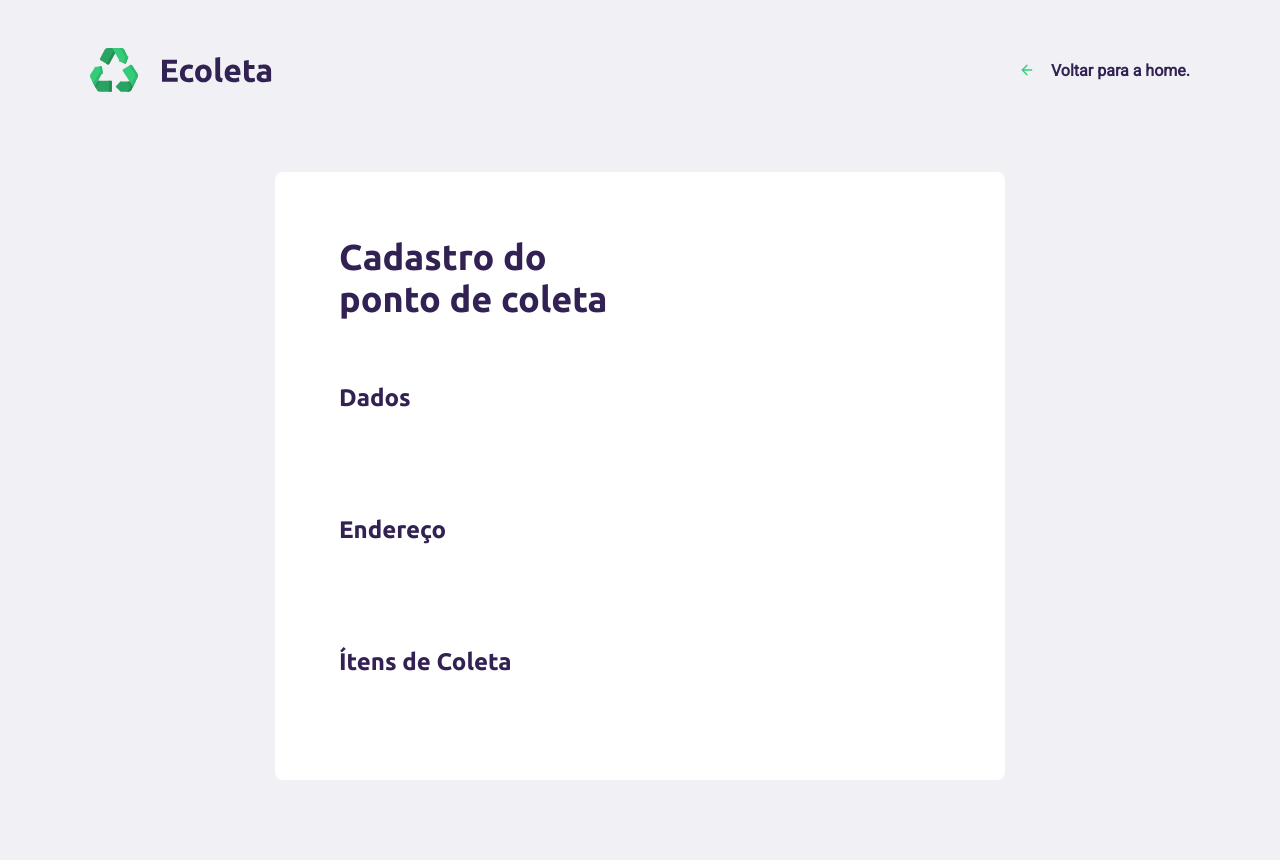
Repository: DavidSamerson/NLW_treinamento_2020
Page: /CreatePoint (app in webapp/)
These files come from the project's save history. The page is drawn as it stood at one moment and after the next save; the edit follows.
The browser window is 1280 px wide. The pictures show the whole page.
The project was rebuilt for these pictures with package versions that can differ from the ones it lists, and the page was loaded fresh each time. Also part of the build but not shown: webapp/src/pages/Home/styles.css, webapp/src/pages/Home/index.tsx.

Above is the page before, as saved 2020-06-16 15:17:38.

### webapp/public/index.html
<!DOCTYPE html>
<html lang="en">
  <head>
    <meta charset="utf-8" />
    <link rel="icon" href="%PUBLIC_URL%/favicon.ico" />
    <meta name="viewport" content="width=device-width, initial-scale=1" />
    <meta name="theme-color" content="#34CB79" />
    <link href="https://fonts.googleapis.com/css2?family=Roboto&family=Ubuntu:wght@700&display=swap" rel="stylesheet">
    <meta
      name="description"
      content="Web site created using create-react-app"
    />
    <link rel="apple-touch-icon" href="%PUBLIC_URL%/logo192.png" />
    <!--
      manifest.json provides metadata used when your web app is installed on a
      user's mobile device or desktop. See https://developers.google.com/web/fundamentals/web-app-manifest/
    -->
    <link rel="manifest" href="%PUBLIC_URL%/manifest.json" />
    <!--
      Notice the use of %PUBLIC_URL% in the tags above.
      It will be replaced with the URL of the `public` folder during the build.
      Only files inside the `public` folder can be referenced from the HTML.

      Unlike "/favicon.ico" or "favicon.ico", "%PUBLIC_URL%/favicon.ico" will
      work correctly both with client-side routing and a non-root public URL.
      Learn how to configure a non-root public URL by running `npm run build`.
    -->
    <title>React App</title>
  </head>
  <body>
    <noscript>You need to enable JavaScript to run this app.</noscript>
    <div id="root"></div>
    <!--
      This HTML file is a template.
      If you open it directly in the browser, you will see an empty page.

      You can add webfonts, meta tags, or analytics to this file.
      The build step will place the bundled scripts into the <body> tag.

      To begin the development, run `npm start` or `yarn start`.
      To create a production bundle, use `npm run build` or `yarn build`.
    -->
  </body>
</html>

### webapp/src/App.tsx
import React from 'react';
import './App.css';

import Home from './pages/Home';
import CreatePoint from './pages/CreatePoint';

import Routes from './routes';

//JSX -> sintaxe de xml dentro do javascript


function App() {

  return (
    <div>
        <Routes />
    </div>
  );
}

export default App;

//import React, {useState} from 'react';
//import Header from './header';


/*const [counter, setCounter] = useState(0); //[valor do estado / função para atualizar o valor do estado]
//Estado e Imutabilidade

function handleButton(){
    setCounter(counter + 1);
} */

// <Header title={`ECOLETA ${counter}`}/> -----> Passando variaveis via HTML

/*<Header title="ECOLETA 1"/>
        <Header title="ECOLETA 2"/>
        <Header title="ECOLETA 3"/>
        <Header title={`ECOLETA ${counter}`}/>

        <h1>{counter}</h1>
        <button type="button" onClick={handleButton}>Aumentar</button> */

### webapp/src/routes.tsx
import React from 'react';
import { Route, BrowserRouter } from 'react-router-dom';

import Home from './pages/Home';
import CreatePoint from './pages/CreatePoint';

const Routes = () => {
    return (
        <BrowserRouter>
            <Route component={Home} path="/" exact />
            <Route component={CreatePoint} path="/CreatePoint"/>
        </BrowserRouter>
    );
}
export default Routes;

### webapp/src/pages/CreatePoint/index.tsx
import React from 'react';
import './styles.css';
import logo from '../../assets/logo.svg';
import { Link } from 'react-router-dom';
import {FiArrowLeft} from 'react-icons/fi';

const CreatePoint = () => {
    return (
        <div id="page-create-point">
            <header>
                <img src={logo} alt="Ecoleta" />
                <Link to="/">
                    <FiArrowLeft />
                    Voltar para a home.
                </Link>
            </header>

            <form action="">
                <h1>Cadastro do <br /> ponto de coleta</h1>
                <fieldset>
                    <legend>
                        <h2>Dados</h2>
                    </legend>
                </fieldset>

                <fieldset>
                    <legend>
                        <h2>Endereço</h2>
                    </legend>
                </fieldset>

                <fieldset>
                    <legend>
                        <h2>Ítens de Coleta</h2>
                    </legend>
                </fieldset>
            </form>
        </div>
    )
};

export default CreatePoint;

### webapp/src/pages/CreatePoint/styles.css
#page-create-point {
  width: 100%;
  max-width: 1100px;

  margin: 0 auto;
}

#page-create-point header {
  margin-top: 48px;

  display: flex;
  justify-content: space-between;
  align-items: center;
}

#page-create-point header a {
  color: var(--title-color);
  font-weight: bold;
  text-decoration: none;

  display: flex;
  align-items: center;
}

#page-create-point header a svg {
  margin-right: 16px;
  color: var(--primary-color);
}

#page-create-point form {
  margin: 80px auto;
  padding: 64px;
  max-width: 730px;
  background: #FFF;
  border-radius: 8px;

  display: flex;
  flex-direction: column;
}

#page-create-point form h1 {
  font-size: 36px;
}

#page-create-point form fieldset {
  margin-top: 64px;
  min-inline-size: auto;
  border: 0;
}

#page-create-point form legend {
  width: 100%;
  display: flex;
  justify-content: space-between;
  align-items: center;
  margin-bottom: 40px;
}

#page-create-point form legend h2 {
  font-size: 24px;
}

#page-create-point form legend span {
  font-size: 14px;
  font-weight: normal;
  color: var(--text-color);
}

#page-create-point form .field-group {
  flex: 1;
  display: flex;
}

#page-create-point form .field {
  flex: 1;

  display: flex;
  flex-direction: column;
  margin-bottom: 24px;
}

#page-create-point form .field input[type=text],
#page-create-point form .field input[type=email],
#page-create-point form .field input[type=number] {
  flex: 1;
  background: #F0F0F5;
  border-radius: 8px;
  border: 0;
  padding: 16px 24px;
  font-size: 16px;
  color: #6C6C80;
}

#page-create-point form .field select {
  -webkit-appearance: none;
  -moz-appearance: none;
  appearance: none;
  flex: 1;
  background: #F0F0F5;
  border-radius: 8px;
  border: 0;
  padding: 16px 24px;
  font-size: 16px;
  color: #6C6C80;
}

#page-create-point form .field input::placeholder {
  color: #A0A0B2;
}

#page-create-point form .field label {
  font-size: 14px;
  margin-bottom: 8px;
}

#page-create-point form .field :disabled {
  cursor: not-allowed;
}

#page-create-point form .field-group .field + .field {
  margin-left: 24px;
}

#page-create-point form .field-group input + input {
  margin-left: 24px;
}

#page-create-point form .field-check {
  flex-direction: row;
  align-items: center;
}

#page-create-point form .field-check input[type=checkbox] {
  background: #F0F0F5;
}

#page-create-point form .field-check label {
  margin: 0 0 0 8px;
}

#page-create-point form .leaflet-container {
  width: 100%;
  height: 350px;
  border-radius: 8px;
  margin-bottom: 24px;
}

#page-create-point form button {
  width: 260px;
  height: 56px;
  background: var(--primary-color);
  border-radius: 8px;
  color: #FFF;
  font-weight: bold;
  font-size: 16px;
  border: 0;
  align-self: flex-end;
  margin-top: 40px;
  transition: background-color 0.2s;
  cursor: pointer;
}

#page-create-point form button:hover {
  background: #2FB86E;
}

.items-grid {
  display: grid;
  grid-template-columns: repeat(3, 1fr);
  gap: 16px;
  list-style: none;
}

.items-grid li {
  background: #f5f5f5;
  border: 2px solid #f5f5f5;
  height: 180px;
  border-radius: 8px;
  padding: 32px 24px 16px;

  display: flex;
  flex-direction: column;
  justify-content: space-between;
  align-items: center;

  text-align: center;

  cursor: pointer;
}

.items-grid li span {
  flex: 1;
  margin-top: 12px;

  display: flex;
  align-items: center;
  color: var(--title-color)
}

.items-grid li.selected {
  background: #E1FAEC;
  border: 2px solid #34CB79;
}

Loaded but not shown: webapp/src/index.tsx (common file); webapp/src/App.css (common file)

After the next save:
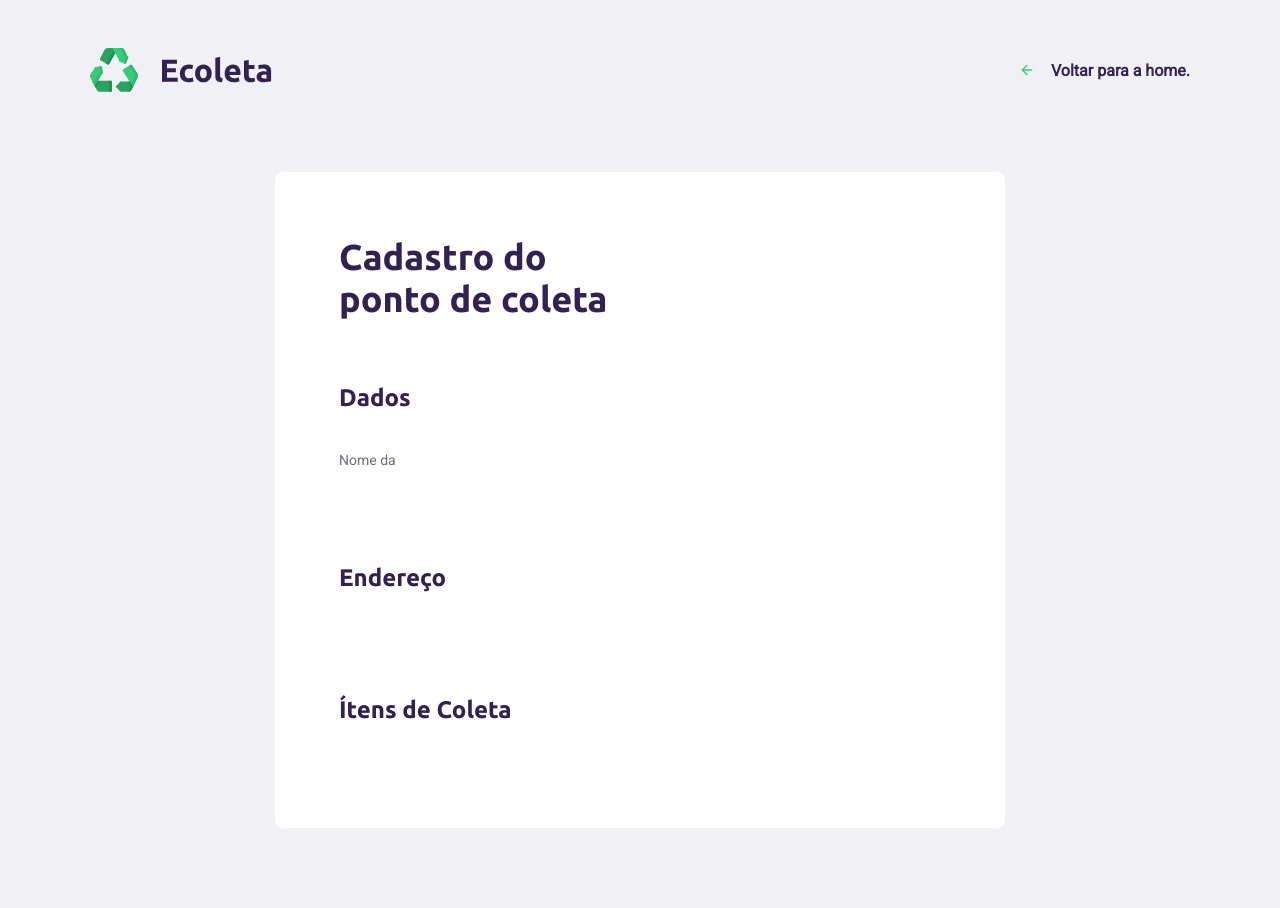
Saved 115 s later.
--- a/webapp/src/pages/CreatePoint/index.tsx
+++ b/webapp/src/pages/CreatePoint/index.tsx
@@ -21,6 +21,11 @@ const CreatePoint = () => {
                     <legend>
                         <h2>Dados</h2>
                     </legend>
+                    <div className="field">
+                        <label htmlFor="name">
+                            Nome da
+                        </label>
+                    </div>
                 </fieldset>
 
                 <fieldset>
